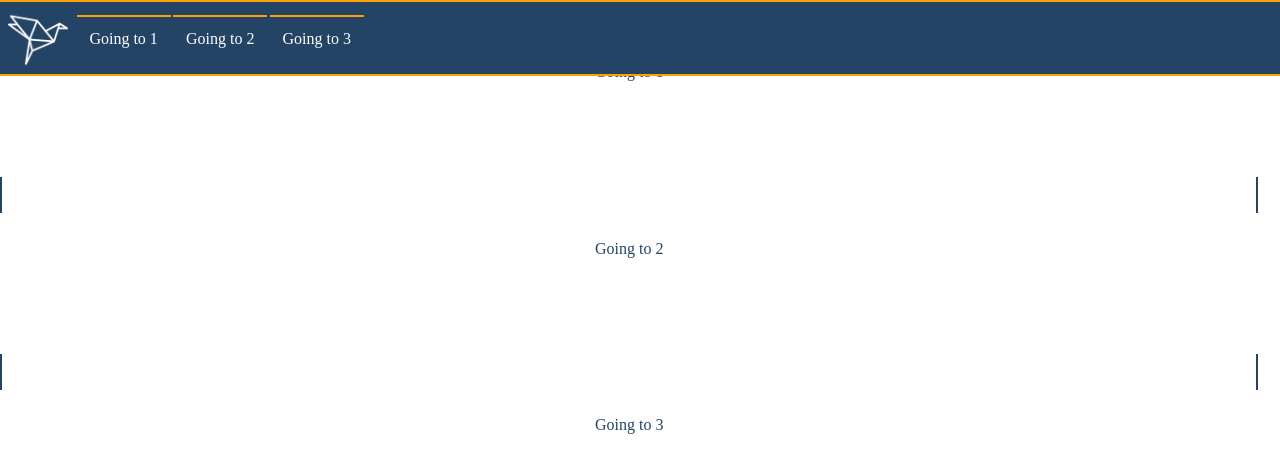
Repository: vsterev/origami
Page: /
The author's editor kept a copy of each file at every save. The page is drawn from the files as they stood at one save, then again after the next save.
The browser window is 1280 px wide. The pictures show the whole page.
The project was rebuilt for these pictures with package versions that can differ from the ones it lists, and the page was loaded fresh each time.

Above is the page before, as saved 2020-07-12 10:32:08.

### public/index.html
<!DOCTYPE html>
<html lang="en">
  <head>
    <meta charset="utf-8" />
    <link rel="icon" href="%PUBLIC_URL%/favicon.ico" />
    <meta name="viewport" content="width=device-width, initial-scale=1" />
    <meta name="theme-color" content="#000000" />
    <meta
      name="description"
      content="Web site created using create-react-app"
    />
    <link rel="apple-touch-icon" href="%PUBLIC_URL%/logo192.png" />
    <!--
      manifest.json provides metadata used when your web app is installed on a
      user's mobile device or desktop. See https://developers.google.com/web/fundamentals/web-app-manifest/
    -->
    <!--
      Notice the use of %PUBLIC_URL% in the tags above.
      It will be replaced with the URL of the `public` folder during the build.
      Only files inside the `public` folder can be referenced from the HTML.

      Unlike "/favicon.ico" or "favicon.ico", "%PUBLIC_URL%/favicon.ico" will
      work correctly both with client-side routing and a non-root public URL.
      Learn how to configure a non-root public URL by running `npm run build`.
    -->
    <title>Origami workshop</title>
  </head>
  <body>
    <noscript>You need to enable JavaScript to run this app.</noscript>
    <div id="root"></div>
    <!--
      This HTML file is a template.
      If you open it directly in the browser, you will see an empty page.

      You can add webfonts, meta tags, or analytics to this file.
      The build step will place the bundled scripts into the <body> tag.

      To begin the development, run `npm start` or `yarn start`.
      To create a production bundle, use `npm run build` or `yarn build`.
    -->
  </body>
</html>

### src/index.css

@import url('https://fonts.googleapis.com/css?family=Indie+Flower&display=swap');
* {
    margin: 0;
    padding: 0;
    font-family: 'Indie- Flower', cursive;
}

### src/App.js
import React from 'react';
import './App.css';
import Header from './components/header'
import Menu from './components/menu'
function App() {
  return (
    <div className="App">
      <Header />
      <Menu />
    </div>
  );
}

export default App;

### src/App.css
.App {
  max-width: 100%;
  margin: 0 auto;
}

.Container {
  margin-top: 8.5%;
  padding: 0.5%;
  /* border: 1px solid purple; */
  margin-bottom: 0.1%;
}

### src/components/header/index.js
import React from 'react'
import './styles.css'
import Link from '../link'
import logo from '../../images/white-origami-bird.png'

export default function Header() {
    return (
        <nav className="Navigation">
            <ul>
                <Link to="/"><img id="logo" src={logo} alt="logo" /></Link>
                <Link to="/home">Going to 1</Link>
                <Link to="/">Going to 2</Link>
                <Link to="/new">Going to 3</Link>
            </ul>
        </nav>
    )
}

### src/components/menu/index.js
import React from 'react'
import './style.css'
import Link from '../link'
const Menu = () => {
    return (
        <aside>
            <ul>
                <Link to="/home">Going to 1</Link>
                <Link to="/">Going to 2</Link>
                <Link to="/new">Going to 3</Link>
            </ul>
        </aside>
    )

}
export default Menu

### src/components/header/styles.css
.Navigation {
    width: 100%;
    height: 10vh;
    background-color: #234465;
    color: white;
    position: fixed;
    top: 0;
    border-bottom: 2px solid #ffa000;
    border-top: 2px solid #ffa000;
}
#logo {
    width: 60px;
}

### src/components/link/index.js
import React from 'react'
import './styles.css'
function Link({ children, to }) {
    return (
        <li className="listItem">
            <a href={to}>{children}</a>
        </li>
    )
}
export default Link;

### src/components/menu/style.css
.Aside {
    display: inline-block;
    width: 15%;
    margin-right: 1%;
    height: 89.5vh;
    /* border:1px solid red; */
    vertical-align: top;
}
aside .listItem {
    display: block;
    width: 98%;
    border-left: 2px solid #234465;
    border-right: 2px solid #234465;
    margin-bottom: 11%;
    height: 5vh;
    text-align: center;
}

aside .listItem a {
    color: #234465;
    text-align: center;
    text-decoration: none;
    padding-top: 5%;
    height: 60%;
    display: block;
}

aside .listItem:hover {
    border-left: none;
    border-right: none;
    font-weight: bold;
    border-top: 2px solid #234465;
    border-bottom: 2px solid #234465;
    color: #ffa000;
}

### src/components/link/styles.css
nav .listItem a {
    color: white;
    text-decoration: none;
}

nav .listItem, footer .listItem {
    display: inline-block;
    height: auto;
    margin-right: 2%;
    cursor: pointer;
    padding: 0.5%;
    margin: 0.1%;
    vertical-align: top;
}

nav .listItem:not(:first-child) {
    padding: 1%;
    margin-top: 1%;
    border-top: 2px solid #ffa000;
}

nav .listItem:hover {
    border-top: none;
    border-bottom: 2px solid #ffa000;
    font-weight: bold;
}

Loaded but not shown: src/index.js (common file)

After the next save:
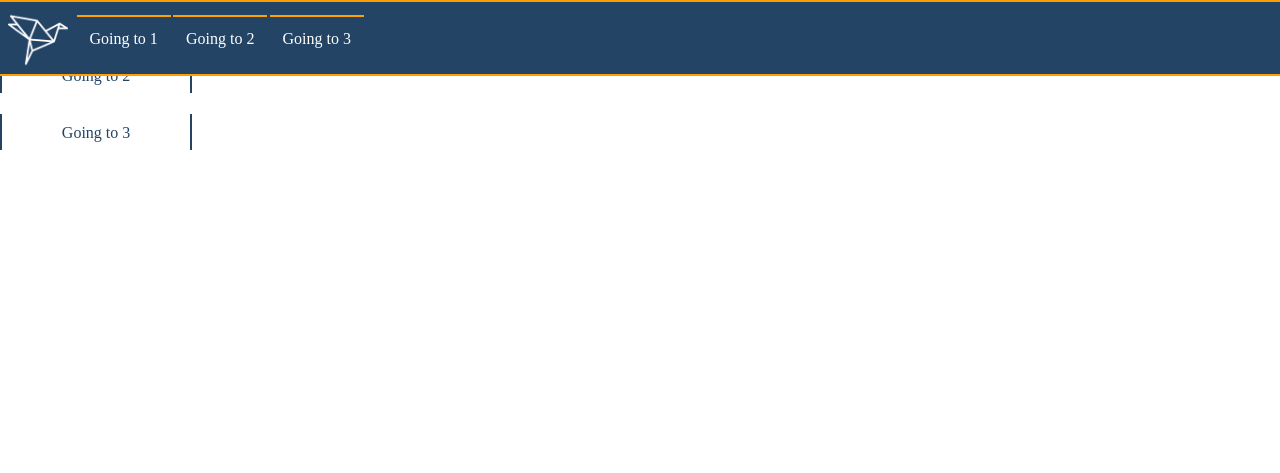
Saved 29 s later.
--- a/src/components/menu/index.js
+++ b/src/components/menu/index.js
@@ -3,7 +3,7 @@
 import Link from '../link'
 const Menu = () => {
     return (
-        <aside>
+        <aside className="Aside">
             <ul>
                 <Link to="/home">Going to 1</Link>
                 <Link to="/">Going to 2</Link>
